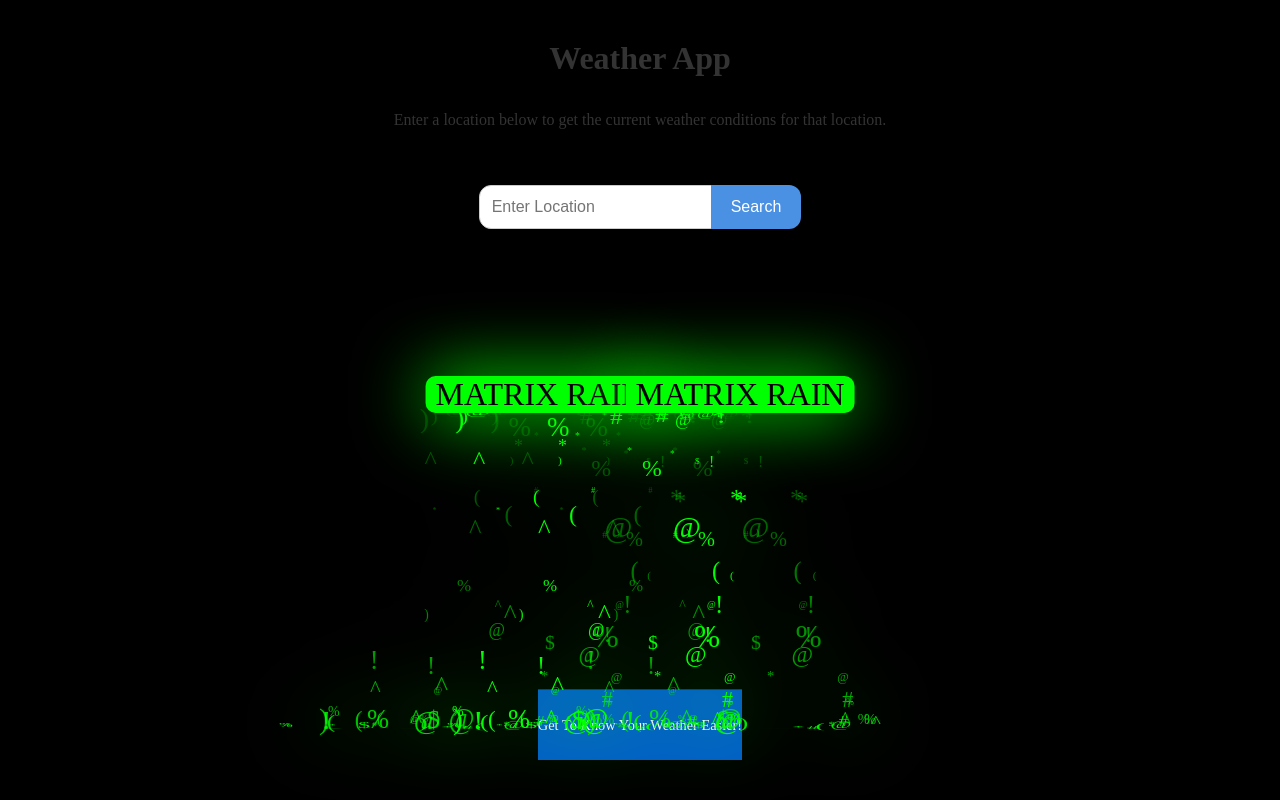
Repository: AlaaYou/Weather-App
Page: index.html
An editor plug-in stored every save of this project. The page is shown before and after the next save, followed by the edit.
The browser window is 1280 px wide. The pictures show the whole page.

Above is the page before, as saved 2024-10-20 23:43:57.

After the next save:
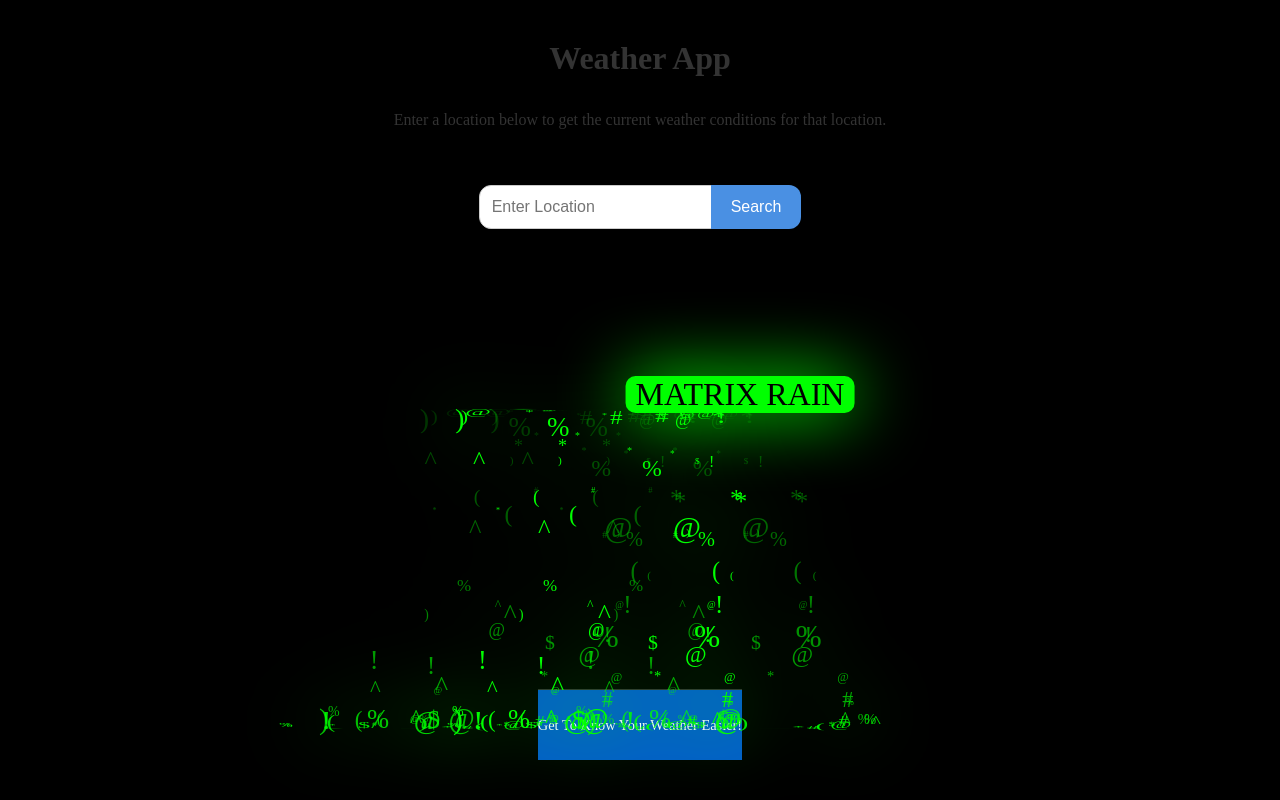
Saved 51 s later.
--- a/index.html
+++ b/index.html
@@ -45,7 +45,7 @@
       </section>
       <div class="container">
         <div class="cloud left-cloud">
-          <h2>Matrix Rain</h2>
+          <h2></h2>
         </div>
         <div class="cloud right-cloud">
           <h2>Matrix Rain</h2>
